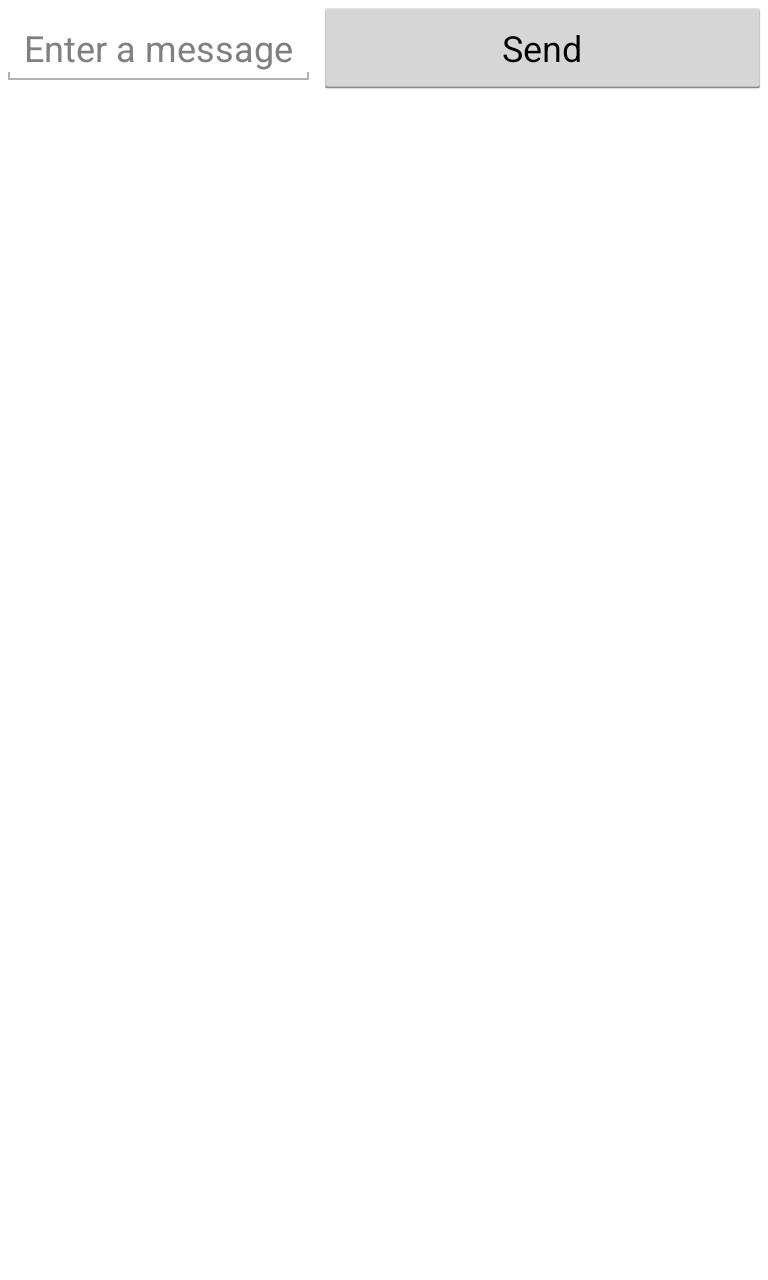
Repository: oliverwreath/Android_App
Layout: MyFirstApp/res/layout/activity_main.xml
The author's editor kept a copy of each file at every save. The layout is drawn from the files as they stood at one save, then again after the next save.
It is drawn on a 768 x 1280 px phone screen (xhdpi) without system bars, with theme AppTheme; the app's code is not run.

Above is the layout before, as saved 2014-02-16 13:18:06.

### MyFirstApp/res/layout/activity_main.xml
<?xml version="1.0" encoding="utf-8"?>
<LinearLayout xmlns:android="http://schemas.android.com/apk/res/android"
    xmlns:tools="http://schemas.android.com/tools"
        android:layout_width="match_parent"
        android:layout_height="match_parent"
        android:orientation="horizontal" >
        <EditText android:id = "@+id/edit_message"
            android:layout_width="wrap_content"
            android:layout_height="wrap_content"
            android:hint="@string/edit_message" />
        <Button
            android:layout_weight="1"
            android:layout_width="0dp"
            android:layout_height="wrap_content"
            android:text="@string/button_send" />
</LinearLayout>

### MyFirstApp/res/values/strings.xml
<?xml version="1.0" encoding="utf-8"?>
<resources>

    <string name="app_name">My First App</string>
   	<string name="edit_message">Enter a message</string>
   	<string name="button_send">Send</string>
    <string name="action_settings">Settings</string>
    <string name="hello_world">Hello world!</string>

</resources>

Loaded but not shown: MyFirstApp/res/values/styles.xml (common file); MyFirstApp/res/values-v11/styles.xml (common file); MyFirstApp/res/values-v14/styles.xml (common file)

After the next save:
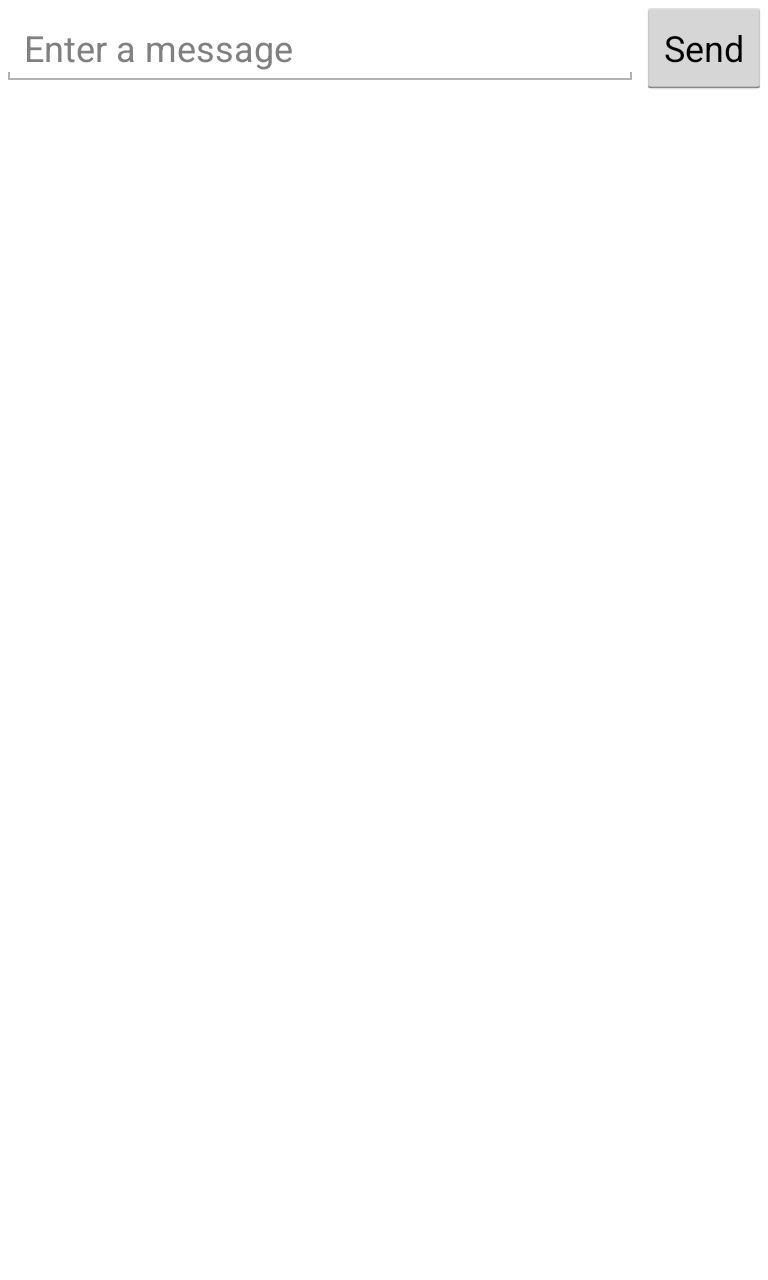
Saved 64 s later.
--- a/MyFirstApp/res/layout/activity_main.xml
+++ b/MyFirstApp/res/layout/activity_main.xml
@@ -5,12 +5,12 @@
         android:layout_height="match_parent"
         android:orientation="horizontal" >
         <EditText android:id = "@+id/edit_message"
-            android:layout_width="wrap_content"
+            android:layout_weight="1"
+            android:layout_width="0dp"
             android:layout_height="wrap_content"
             android:hint="@string/edit_message" />
         <Button
-            android:layout_weight="1"
-            android:layout_width="0dp"
+            android:layout_width="wrap_content"
             android:layout_height="wrap_content"
             android:text="@string/button_send" />
 </LinearLayout>
